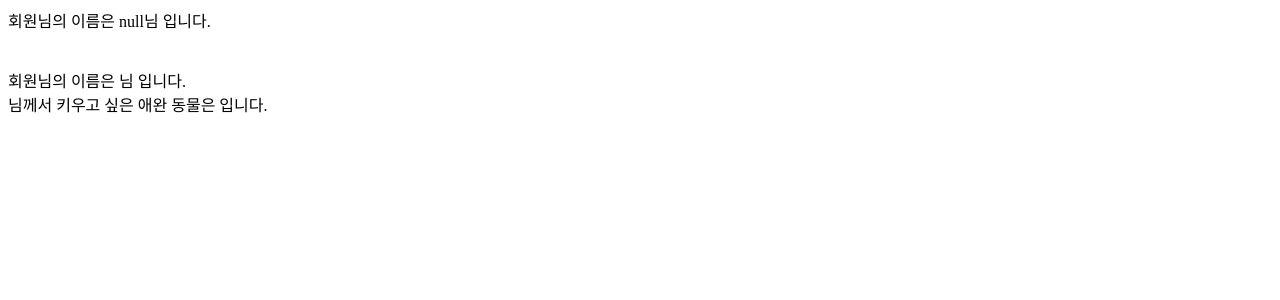
Repository: youngmoon525/Jsp_Servlet
Page: http://localhost/03.JSP/jsp24.jsp
These files come from the project's save history. The page is drawn as it stood at one moment and after the next save; the edit follows.
The browser window is 1280 px wide. The pictures show the whole page.
The page is served by Tomcat 9. Other server files are loaded and not shown.

Above is the page before, as saved 2021-09-07 07:35:00.

### workspace/03.JSP/WebContent/jsp24.jsp
<%@ page language="java" contentType="text/html; charset=UTF-8" pageEncoding="UTF-8"%>
<%
request.setCharacterEncoding("utf-8");
%>
<!DOCTYPE html>
<html>
<head>
<meta charset="UTF-8">
<title>JSP24</title>
</head>
<body>
<%
String name = request.getParameter("name");
out.println("회원님의 이름은 " + name + "님 입니다.<br/>");
%>
<br/><br/>
회원님의 이름은 ${param.name}님 입니다.<br/>
${param.name}님께서 키우고 싶은 애완 동물은
	${paramValues.animal[0] }
	${paramValues.animal[1] }
	${paramValues.animal[2] }
	${paramValues.animal[3] }
	${paramValues.animal[4] } 입니다.
</body>
</html>

After the next save:
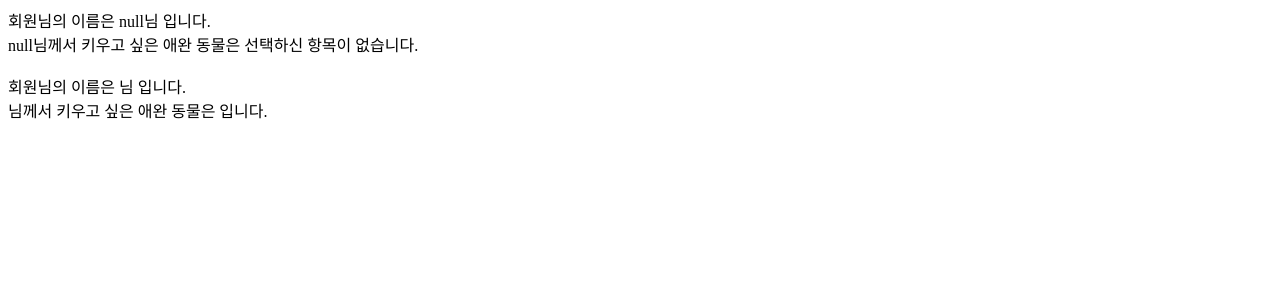
Saved 3 min 16 s later.
--- a/workspace/03.JSP/WebContent/jsp24.jsp
+++ b/workspace/03.JSP/WebContent/jsp24.jsp
@@ -12,6 +12,14 @@
 <%
 String name = request.getParameter("name");
 out.println("회원님의 이름은 " + name + "님 입니다.<br/>");
+out.println(name + "님께서 키우고 싶은 애완 동물은 ");
+
+String[] animal = request.getParameterValues("animal");
+if(animal != null){
+
+}else{
+	out.println("선택하신 항목이 없습니다.");
+}
 %>
 <br/><br/>
 회원님의 이름은 ${param.name}님 입니다.<br/>
